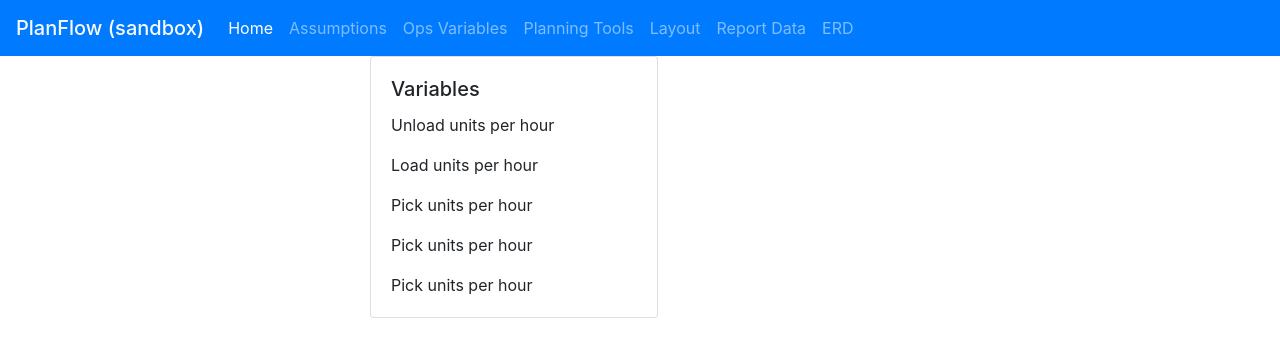
Repository: gholler76/planflow
Page: http://localhost/planflow/WEB-INF/opsvariables.jsp
The author's editor kept a copy of each file at every save. The page is drawn from the files as they stood at one save, then again after the next save.
The browser window is 1280 px wide. The pictures show the whole page.
The page is served by Tomcat 9. Nobody is signed in. The template is opened directly, without the code that normally fills it, so the values that code supplies are empty.

Above is the page before, as saved 2021-05-28 20:07:39.

After the next save:
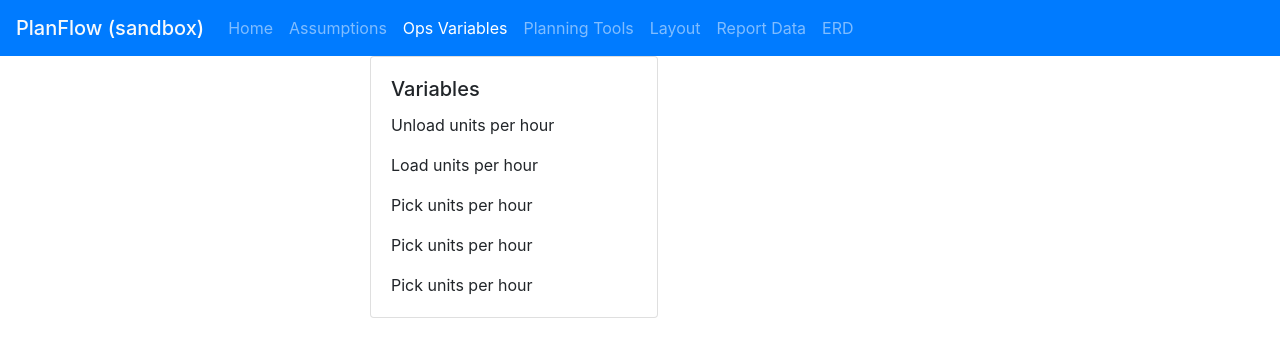
Saved 35 s later.
--- a/planflow/src/main/webapp/WEB-INF/opsvariables.jsp
+++ b/planflow/src/main/webapp/WEB-INF/opsvariables.jsp
@@ -22,9 +22,9 @@
 	  </button>
 	  <div class="collapse navbar-collapse" id="navbarNavAltMarkup">
 	    <div class="navbar-nav">
-	      <a class="nav-link active" href="/">Home <span class="sr-only">(current)</span></a>
+	      <a class="nav-link" href="/">Home</a>
 	      <a class="nav-link" href="/assumptions">Assumptions</a>
-	      <a class="nav-link" href="/opsvariables">Ops Variables</a>
+	      <a class="nav-link active" href="/opsvariables">Ops Variables<span class="sr-only">(current)</span></a>
 	      <a class="nav-link" href="/planningtools">Planning Tools</a>
 	      <a class="nav-link" href="/layout">Layout</a>
 	      <a class="nav-link" href="reportdata">Report Data</a>
